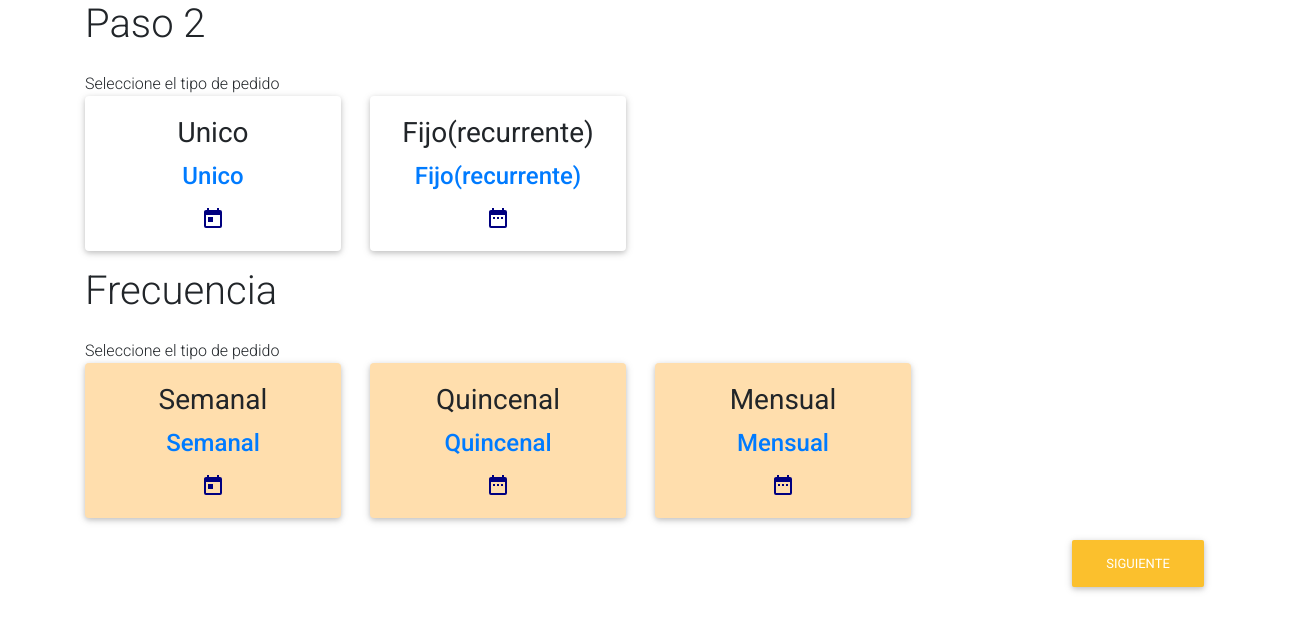
Repository: albertotorresfoltyn/e-commerce-front
Page: /step2
These files come from the project's save history. The page is drawn as it stood at one moment and after the next save; the edit follows.
The browser window is 1280 px wide. The page is 1295 px wide, so the pictures cover 1295 px, including what lies to the right of the window. The pictures show the whole page.
The project was rebuilt for these pictures with package versions that can differ from the ones it lists, and the page was loaded fresh each time. Also part of the build but not shown: src/auth/index.js, src/core/Menu.js, src/core/ShowImage.js, src/core/Card.js, src/core/Search.js, src/core/BannerTop.js, src/core/Layout.js, src/user/Signup.js and 18 more.

Above is the page before, as saved 2020-01-15 13:31:31.

After the next save:
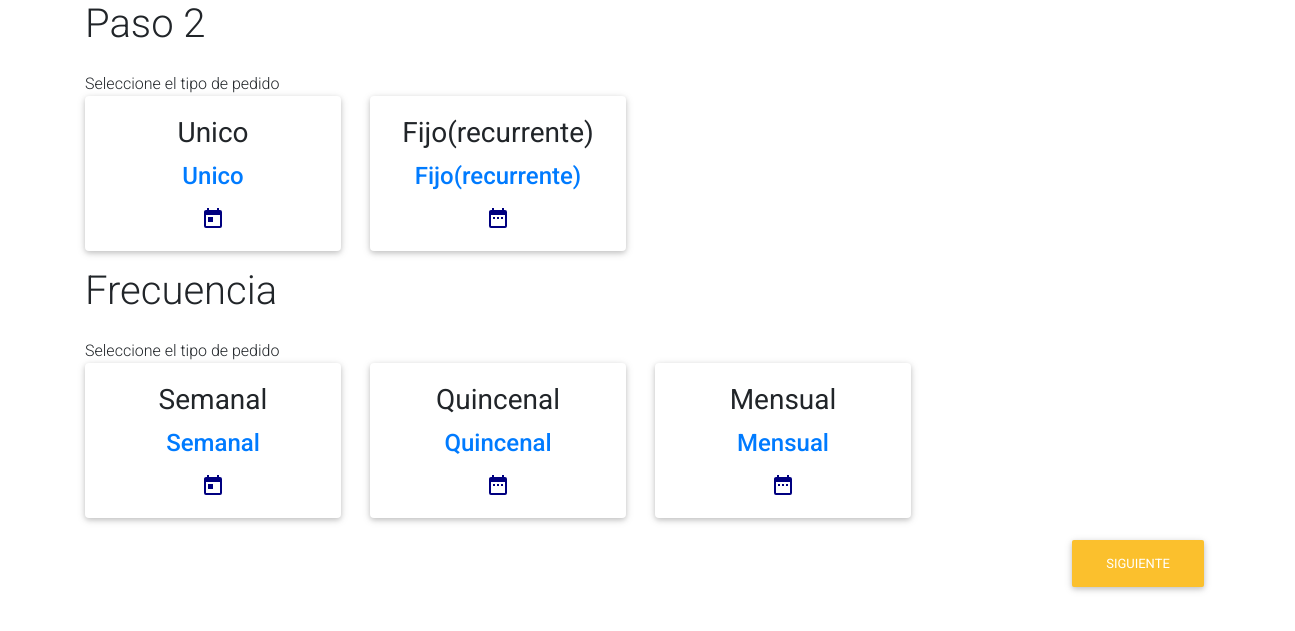
Saved 101 s later.
--- a/src/core/Step2.js
+++ b/src/core/Step2.js
@@ -35,9 +35,10 @@ const Step2 = ({ history }) => {
         for (let j = 0; j < mapkeys.length; j += 1) {
           map[keys[i]][mapkeys[j]] = (mapkeys[j]===category);
         }
+      } else {
+        //limpiar
       }
     }
-    //map[value] = !map[value]; console.log('shit', map)
     setMap( {...map} );
   }
 
@@ -71,7 +72,7 @@ const Step2 = ({ history }) => {
             frequency.values.map((period) => {
               return <>
                 <div key={period._id} className="col-3 mb-3">
-                  <PlaceCard product={period} onClick={() => { toggleInMap(period._id) }} isSelected={map[period._id]} />
+                  <PlaceCard product={period} onClick={() => { toggleInMap(period._id, 'frequency') }} isSelected={map[period._id]['frequency']} />
                 </div>
               </>
             }
